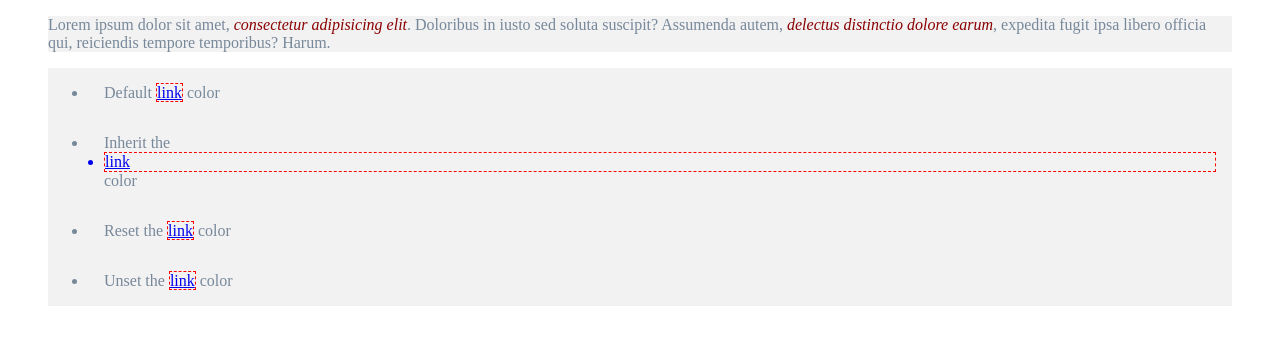
Repository: CryptoFamilyNFT/develhope
Page: css/css_1/start/index.html
These files come from the project's save history. The page is drawn as it stood at one moment and after the next save; the edit follows.
The browser window is 1280 px wide. The pictures show the whole page.

Above is the page before, as saved 2024-11-07 11:46:04.

### css/css_1/start/index.html
<!DOCTYPE html>
<html>

	<head>
		<meta http-equiv="X-UA-Compatible" content="IE=edge"/>
		<meta charset="utf-8"/>
		<meta name="viewport" content="width=device-width, initial-scale=1.0, maximum-scale=1.0, user-scalable=no"/>
		<title>Lezione CSS</title>
		<link rel="stylesheet" href="style.css"/>
	</head>

	<body>

		<blockquote class="content1">
			<p>Lorem ipsum dolor sit amet,
				<em class="variant-em">consectetur adipisicing elit</em>. Doloribus in iusto sed soluta
			   suscipit? Assumenda autem, <em>delectus distinctio dolore earum</em>,
			   expedita fugit ipsa libero officia qui, reiciendis tempore temporibus? Harum.
			</p>
		</blockquote>

		<blockquote>
			<ul>
				<li>Default <a href="#">link</a> color</li>
				<li class="link1 ul">Inherit the <a href="#">link</a> color</li>
				<li class="link2">Reset the <a href="#">link</a> color</li>
				<li class="link3">Unset the <a href="#">link</a> color</li>
			</ul>
		</blockquote>

	</body>

</html>

### css/css_1/start/style.css
body {
  color: lightslategray;
}

blockquote {
  background-color: rgba(0, 12, 24, 0.05);
}

a {
  border: 1px dashed red;
}

em {
  color: darkred;
}

.variant-em {
}

ul {
  background-color: unset;
  border-color: aquamarine;
}

ul li {
  padding: 16px;
}

.link1 a {
  display: inherit;
}

.link2 a {
  display: res;
}

.link3 a {
}

After the next save:
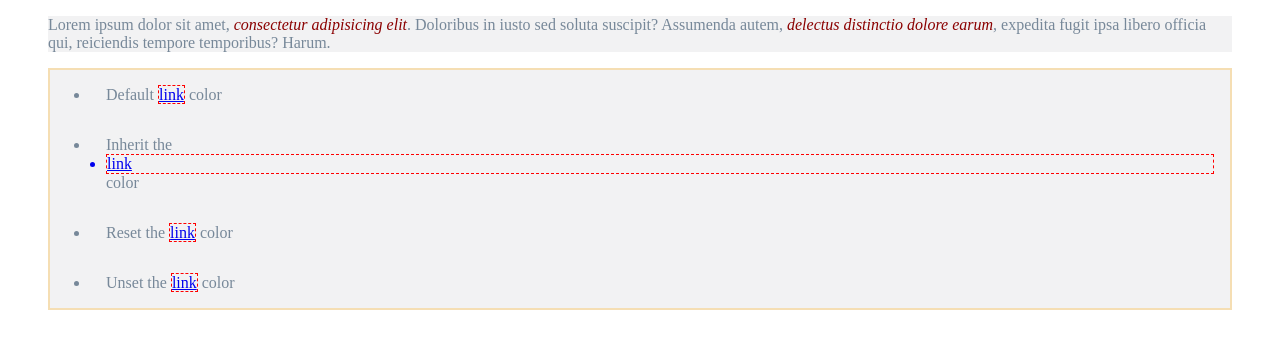
Saved 3 min 56 s later.
--- a/css/css_1/start/style.css
+++ b/css/css_1/start/style.css
@@ -19,7 +19,7 @@ em {
 
 ul {
   background-color: unset;
-  border-color: aquamarine;
+  border: 2px solid wheat;
 }
 
 ul li {
